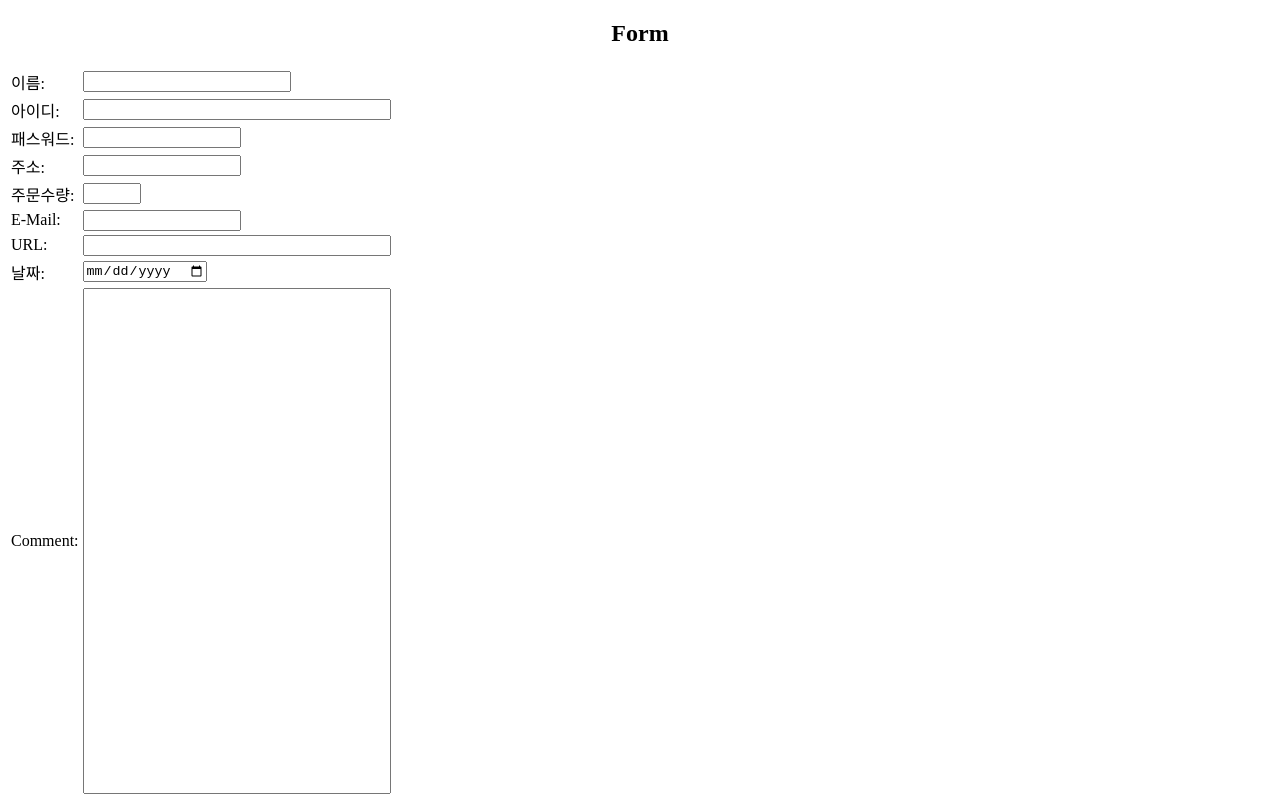
Repository: gyujin91/JSP
Page: web01/src/main/webapp/form.html
The author's editor kept a copy of each file at every save. The page is drawn from the files as they stood at one save, then again after the next save.
The browser window is 1280 px wide. The pictures show the whole page.

Above is the page before, as saved 2022-04-22 05:22:00.

### web01/src/main/webapp/form.html
<!DOCTYPE html>
<html>
<head>
<meta charset="UTF-8">
<link rel="stylesheet" type="text/css" href="">
<style>
.form{text-align: center;}
.input1{width: 200px;}
.input2{width:300px;}
.input3{width:150px;}
.input4{width:150px;}
.input5{width:50px;}
.input6{width:150px;}
.input7{width:300px;}
.input8, td1 {width: 300px; height: 500px;}
</style>

<title>Form Sample</title>
</head>
<body>
	<h2 class="form">Form</h2>
	<form action="loginPro.jsp" method="post" name="twin">
        <table>
            <tr>
                <td>이름:</td>
                <td><input type="text" name="name" class="input1"></td>
            </tr>
            <tr>
            	<td>아이디:
            	<td><input type="text" name="uid"  class="input2"></td>
            </tr>
            <tr>
            	<td>패스워드:
            	<td><input type="password" name="upw" class="input3"></td>
            </tr>
            <tr>
            	<td>주소:
            	<td><input type="text" name="adrr" class="input4"></td>
            </tr>
            <tr>
            	<td>주문수량:
            	<td><input type="text" name="ordercount" class="input5"></td>
            </tr>
            <tr>
            	<td>E-Mail:
            	<td><input type="email" name="eamil" class="input6"></td>
            </tr>
            <tr>
            	<td>URL:
            	<td><input type="url" name="url" class="input7"></td>
            </tr>
            <tr>
            	<td>날짜:
            	<td><input type="date" name="date"></td>
            </tr>
            <tr>
            	<td class="td1">Comment:
            	<td><input type="text" name="comment" class="input8"></td>
            </tr>



        </table>




</body>
</html>

After the next save:
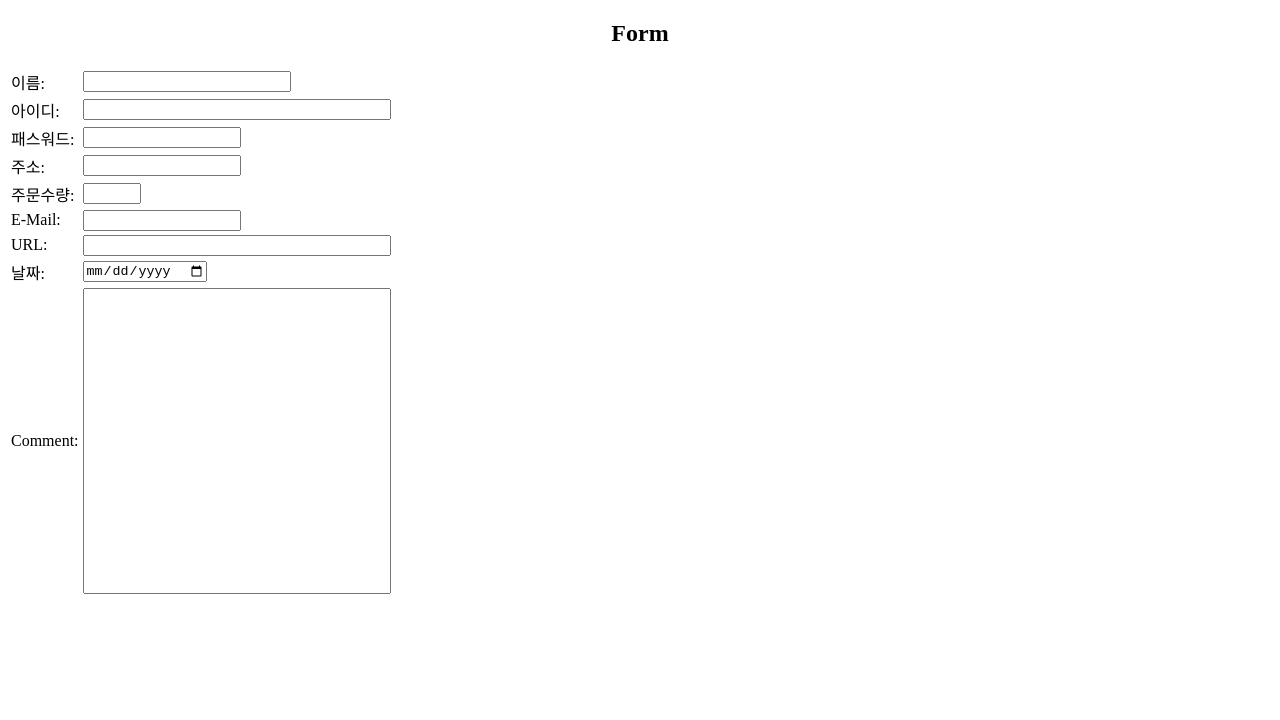
Saved 20 s later.
--- a/web01/src/main/webapp/form.html
+++ b/web01/src/main/webapp/form.html
@@ -12,7 +12,7 @@
 .input5{width:50px;}
 .input6{width:150px;}
 .input7{width:300px;}
-.input8, td1 {width: 300px; height: 500px;}
+.input8, td1 {width: 300px; height: 300px;}
 </style>
 
 <title>Form Sample</title>
